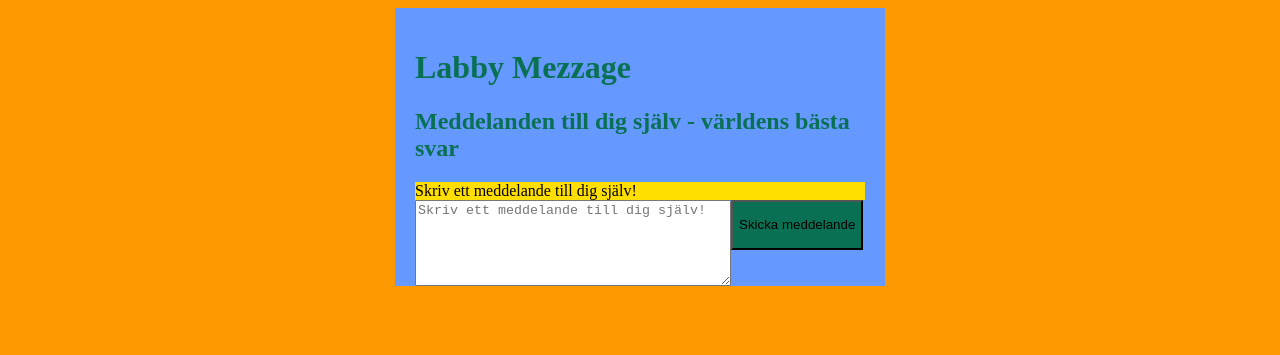
Repository: mi222ep/1dv403-laborationer
Page: 2-labbymezzage/index.html
The author's editor kept a record of every edit. The page is drawn from the files as they stood at one moment, then again after the next edit.
The browser window is 1280 px wide. The pictures show the whole page.

Above is the page before.

### 2-labbymezzage/index.html
<!DOCTYPE html>
<html lang="sv">
<head>
	<meta charset="UTF-8" />
 	<title>Labby Mezzage</title>
 	<link rel="stylesheet" href="css/style.css" type="text/css" />
    <script type="text/javascript" src="message.js"></script>
    <script type="text/javascript" src="messageboard.js"></script>
</head>
<body>
    <div id="messageApp">
    <h1>Labby Mezzage</h1>
    <h2>Meddelanden till dig själv - världens bästa svar</h2>

    <div id="messagearea">Skriv ett meddelande till dig själv!</div>

 			<textarea type="text" id="meddelande" placeholder="Skriv ett meddelande till dig själv!"></textarea>
 			<input id="send" type="submit" value="Skicka meddelande" />
            <p id="messageNumber"></p>
            </div>
</body>
</html>

### 2-labbymezzage/css/style.css
body{
    background-color: #FF9900;
    font-family: comic sans MS;
    }
div{
    background-color: #FFDE00;
}
h1, h2, h3{
    color: #097054;
}
textarea{
    width: 310px;
    height: 80px;
    float: left;
}
messagearea{
    overflow: hidden;
}
.smallLogo{
    height: 20px;
    float: right;
}
.message{
    border-bottom: 2px solid black;
    padding: 20px;
}
#messageApp{

    width:  450px;
    margin: 0 auto;
    padding: 20px;
        background-color: #6599FF;
}
input{
    height: 50px;
    background-color: #097054;
}

### 2-labbymezzage/message.js
function Message(message, date) {

    this.getText = function() {
        return message;
    };
    this.setText = function(_text) {
        message = _text;
    };
    this.getDate = function() {
        return date;
    };
    this.setDate = function(_date) {
        date = _date;
    };
}

    Message.prototype.toString = function(){
        return this.getText()+"("+this.getDate()+")";
    };
Message.prototype.getHTMLText = function(){
    return this.getText().replace(/[\n\r]/g, "<br/>");
};

Message.prototype.getDateText = function(){
    return this.getDate().toLocaleTimeString();
};

### 2-labbymezzage/messageboard.js
var messageApp ={

    messages: [],

init: function(){

    //If submit button is clicked
    var submit = document.getElementById("send");
    submit.onclick = messageApp.CreateMessage;

},
CreateMessage: function(e){
    var text = document.getElementById("meddelande").value;
    var mess = new Message(text, new Date());
    messageApp.messages.push(mess);
    messageApp.RenderMessages();

},
RenderMessages: function(){
    //Remove all messages
    document.getElementById("messagearea").innerHTML = "";

            //Render all messages
    for(var i=0; i < messageApp.messages.length; ++i){
        messageApp.RenderMessage(i);
    }
},
RenderMessage: function(messageID){
    //Writes message counter
    var messageCount = document.querySelector("#messageNumber");
    messageCount.innerHTML = "Antal meddelanden: " +(messageApp.messages.length);

    //Writes new message
    var message = messageApp.messages[messageID].getHTMLText();
    var time = messageApp.messages[messageID].getDateText();
    var div = document.createElement("div");
    var em = document.createElement("em");
    var p = document.createElement("p");
    var removeLink = document.createElement("a");
    var showTimeLink = document.createElement("a");
    var remove = document.createElement("img");
    var showTime = document.createElement("img");

    //Sets attribute for delete image
    remove.setAttribute("src", "pics/delete.png");
    remove.setAttribute("class", "smallLogo");
    remove.setAttribute("alt", "Papperskorg - tryck här för att radera meddelandet");

    //Sets attribute for time image
    showTime.setAttribute("src", "pics/time.png");
    showTime.setAttribute("class", "smallLogo");
    showTime.setAttribute("alt", "Klocka - tryck här för att se tid och datum då meddelandet skapades");

    //Sets attribute for links surrounding the images
    removeLink.setAttribute("href", "#");
    showTimeLink.setAttribute("href", "#");
    removeLink.onclick = function() {
        messageApp.RemoveMessage(messageID);
    }
    showTime.onclick = function() {
        messageApp.ShowTime(messageID);
    }

    //Organize message elements within each other
    removeLink.appendChild(remove);
    showTimeLink.appendChild(showTime);
    div.setAttribute("class", "message");
    div.appendChild(removeLink);
    div.appendChild(showTimeLink);
    div.appendChild(p);
        div.appendChild(em);

    //Posts current message and time in the element
    p.innerHTML = message;
    em.innerHTML = time;

    //Find the #messagearea and put the new div there
    var di = document.querySelector("#messagearea");
    di.appendChild(div);
},
ShowTime: function(messageID){
    var timeObject = messageApp.messages[messageID].getDate();
    var day = timeObject.toLocaleDateString();
    var time = timeObject.toLocaleTimeString();
    alert("inlägget skapades "+ day+ " klockan " + time);

},
//Array.splice(messageID, 1);
RemoveMessage: function(messageID){
    messageApp.messages.splice(messageID, 1);
    messageApp.RenderMessages();
    },

};




window.onload = messageApp.init;

After the next edit:
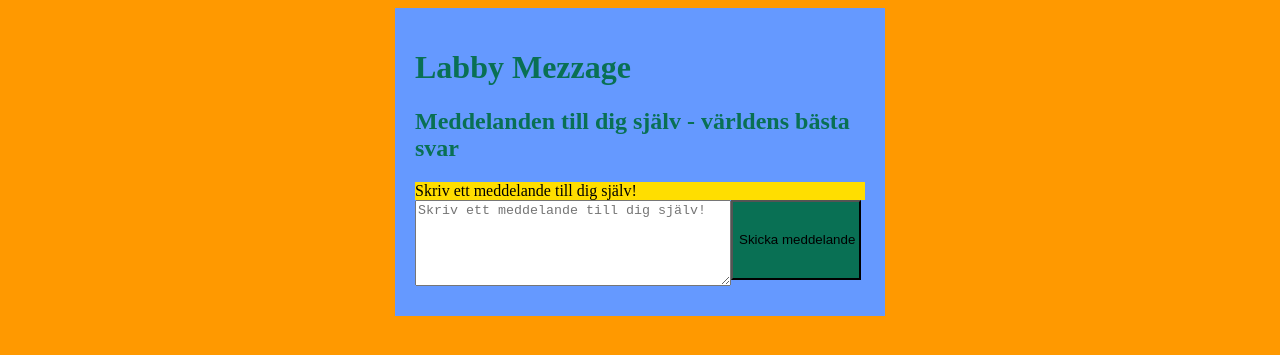
The edit:
--- a/2-labbymezzage/css/style.css
+++ b/2-labbymezzage/css/style.css
@@ -32,6 +32,7 @@
         background-color: #6599FF;
 }
 input{
-    height: 50px;
+    width: 130px;
+    height: 80px;
     background-color: #097054;
 }
